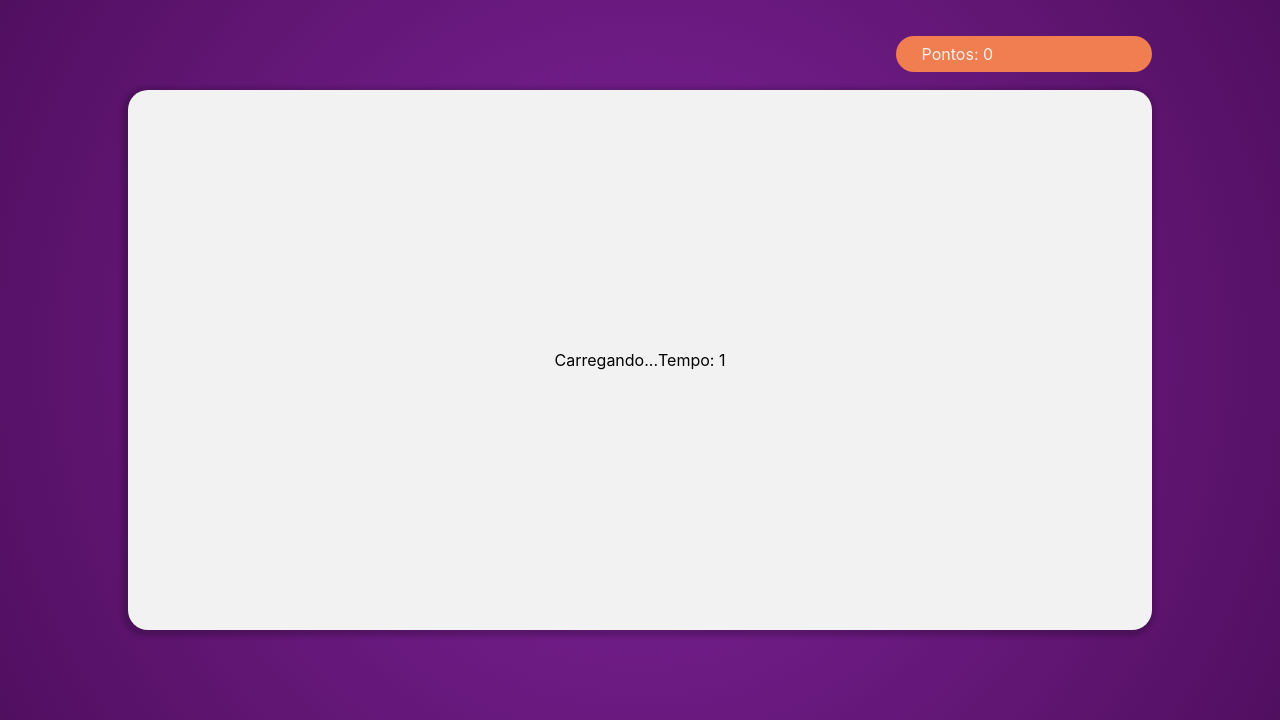
Repository: gabrielejandres/bd-final-project
Page: /play (app in frontend/)
The author's editor kept a copy of each file at every save. The page is drawn from the files as they stood at one save, then again after a run of saves.
The browser window is 1280 px wide. The pictures show the whole page.
The project was rebuilt for these pictures with package versions that can differ from the ones it lists, and the page was loaded fresh each time. Also part of the build but not shown: frontend/src/App.css, frontend/src/components/Button/index.jsx, frontend/src/components/Logo/style.css, frontend/src/components/Logo/index.jsx, frontend/src/components/Footer/Login/index.jsx, frontend/src/pages/Login/index.jsx, frontend/src/components/Footer/Home/style.css, frontend/src/components/Footer/Home/index.jsx and 1 more.

Above is the page before, as saved 2022-03-05 22:04:38.

After the next 2 saves:
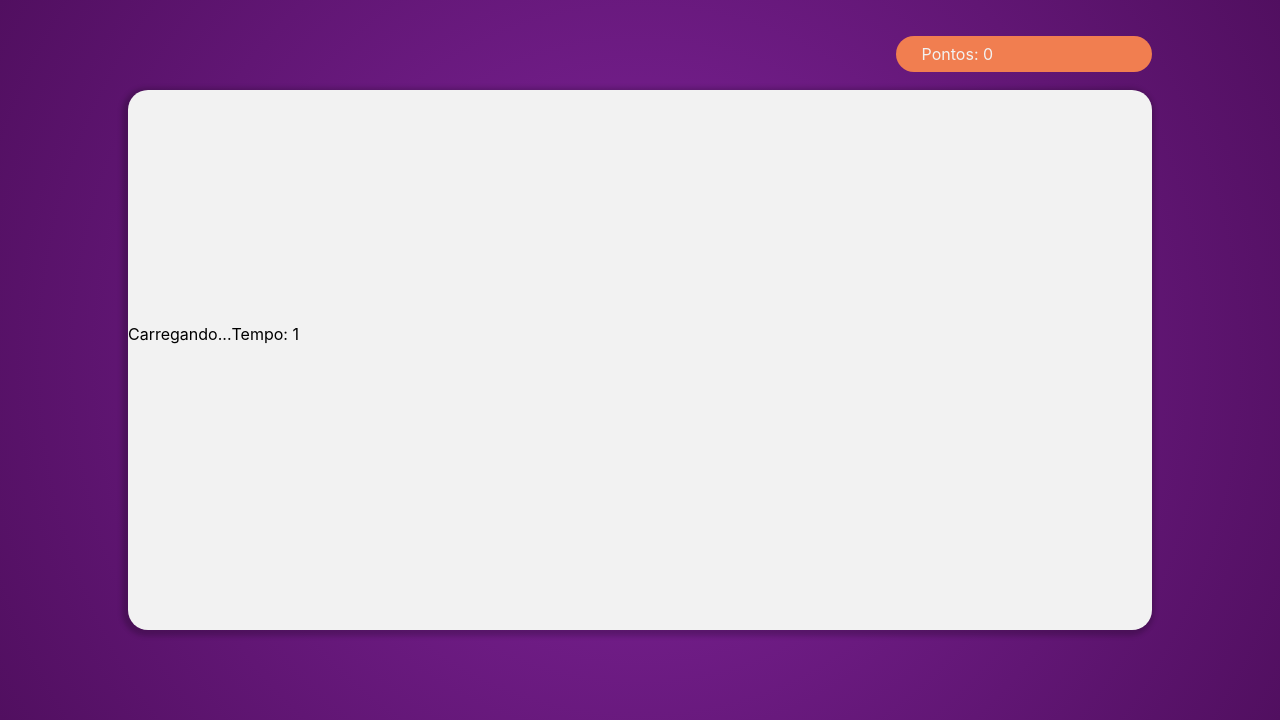
The 2 saves are shown as one change because they came seconds apart.
The last was saved 71 s later.
--- a/frontend/src/pages/Play/style.css
+++ b/frontend/src/pages/Play/style.css
@@ -33,5 +33,7 @@
 
 .game-header{
   display: flex;
-  align-items: flex-start
+  align-items: flex-start;
+  height: 10vh;
+  width: 100%;
 }
